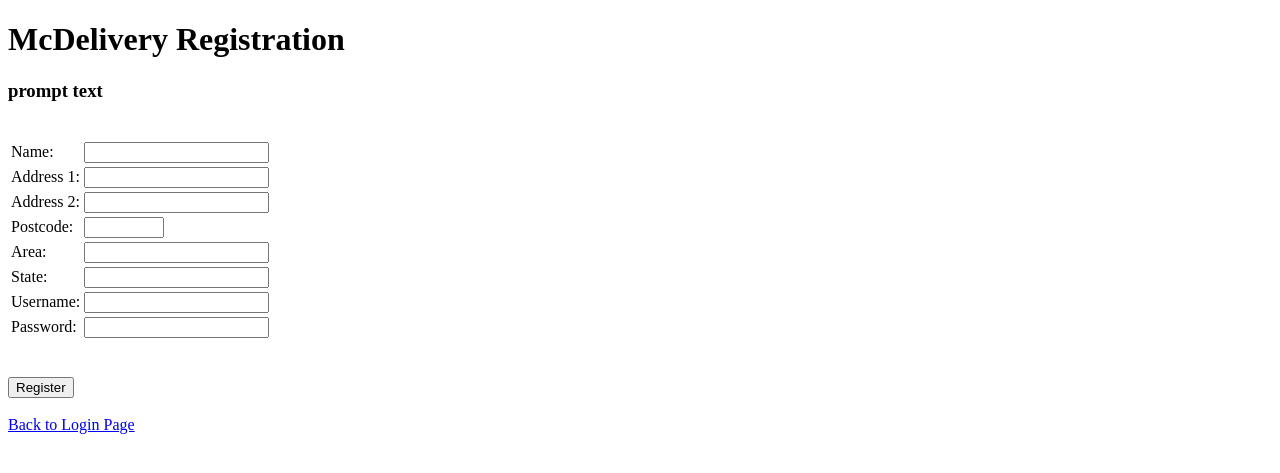
Repository: Jeck97/Mcdonald-Delivery-System
Page: http://localhost/McDelivery/register/registerForm.jsp
The author's editor kept a copy of each file at every save. The page is drawn from the files as they stood at one save, then again after the next save.
The browser window is 1280 px wide. The pictures show the whole page.
The page is served by Tomcat 9.

Above is the page before, as saved 2020-07-10 07:36:58.

After the next save:
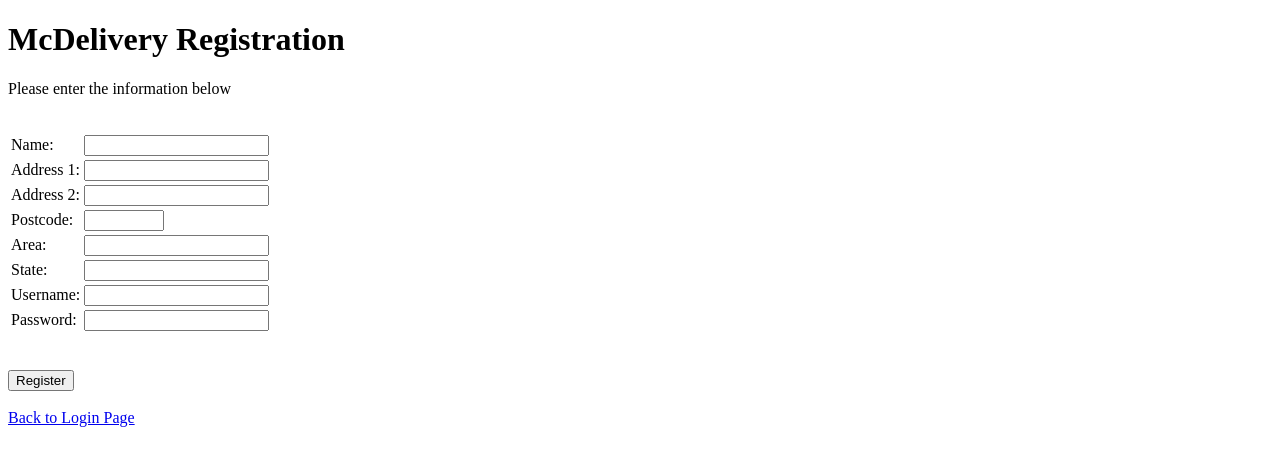
Saved 118 s later.
--- a/McDelivery/WebContent/register/registerForm.jsp
+++ b/McDelivery/WebContent/register/registerForm.jsp
@@ -10,14 +10,15 @@
 
 	<h1>McDelivery Registration</h1>
 
-	<h3>prompt text</h3>
+	<p>
+		Please enter the information below
+	</p>
 
 	<form action="registerServlet" method="post">
 
 		<div style="color: #FF0000;">${errorMessage}</div><br>
 
 		<table>
-
 			<tr>
 				<td><label>Name:</label></td>
 				<td><input type="text" name="name" value="${name}" maxlength="45" required></td>
@@ -57,7 +58,6 @@
 				<td><label>Password:</label></td>
 				<td><input type="password" name="password" maxlength="20" required></td>
 			</tr>
-
 		</table>
 
 		<br><br>
